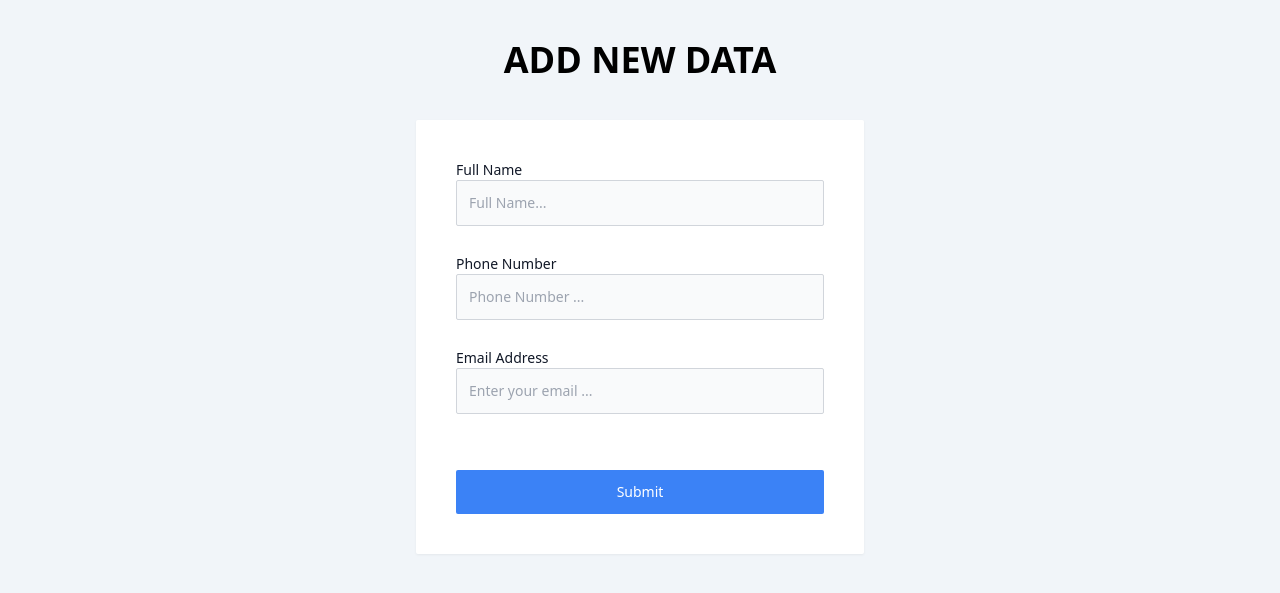
Repository: KilluaProject/crud-nextjs14
Page: /contacts/create
An editor plug-in stored every save of this project. The page is shown before and after the next save, followed by the edit.
The browser window is 1280 px wide. The pictures show the whole page.
The project was rebuilt for these pictures with package versions that can differ from the ones it lists, and the page was loaded fresh each time. The framework's server and built-in components were replaced by stand-ins that run in the browser. Also part of the build but not shown: next.config.mjs.

Above is the page before, as saved 2024-06-30 20:33:28.

### app/layout.tsx
import type { Metadata } from "next";
import { Inter } from "next/font/google";
import "./globals.css";

const inter = Inter({ subsets: ["latin"] });

export const metadata: Metadata = {
  title: "CRUD Apps",
  description: "Generated by create next app",
};

export default function RootLayout({
  children,
}: Readonly<{
  children: React.ReactNode;
}>) {
  return (
    <html lang="en">
      <body className='bg-slate-100'>{children}</body>
    </html>
  );
}

### app/contacts/create/page.tsx
import CreateForm from '@/components/CreateForm'
import React from 'react'

const CreateContact = () => {
  return (
    <div className='max-w-md m-auto my-10 flex flex-col gap-10 '>
      <h1 className='text-4xl text-center uppercase font-semibold'>
        Add New Data
      </h1>
        <CreateForm/>
    </div>
  )
}

export default CreateContact

### components/CreateForm.tsx
'use client'

import React from 'react'
import { saveContact } from '@/libs/actions'
import { useFormState } from 'react-dom'

const CreateForm = () => {
  const [state, formAction] = useFormState(saveContact, null)

  return (
    <div className='bg-white drop-shadow-sm rounded-sm p-10'>
      <form className='flex flex-col gap-5' action={formAction}>
        <div>
          <label htmlFor="name" className='block text-sm font-medium text-gray-900'>Full Name</label>
          <input type="text" name='name' id='name' placeholder='Full Name...' className='bg-gray-50 border border-gray-300 text-gray-900 text-sm rounded-sm focus:ring-blue-500 focus:border-blue-500 block w-full p-3' />
          <div id='name-error' aria-live='polite' aria-atomic='true'>
            <p className='mt-2 text-sm text-red-500'>{state?.Error?.name}</p>
          </div>
        </div>

        <div>
          <label htmlFor="phone" className='block text-sm font-medium text-gray-900'>Phone Number</label>
          <input type="text" name='phone' id='phone' placeholder='Phone Number ...' className='bg-gray-50 border border-gray-300 text-gray-900 text-sm rounded-sm focus:ring-blue-500 focus:border-blue-500 block w-full p-3' />
          <div id='phone-error' aria-live='polite' aria-atomic='true'>
            <p className='mt-2 text-sm text-red-500'>{state?.Error?.phone}</p>
          </div>
        </div>

        <div>
          <label htmlFor="email" className='block text-sm font-medium text-gray-900'>Email Address</label>
          <input type="email" name='email' id='email' placeholder='Enter your email ...' className='bg-gray-50 border border-gray-300 text-gray-900 text-sm rounded-sm focus:ring-blue-500 focus:border-blue-500 block w-full p-3' />
          <div id='email-error' aria-live='polite' aria-atomic='true'>
            <p className='mt-2 text-sm text-red-500'>{state?.Error?.email}</p>
          </div>
        </div>
        <div id='message-error' aria-live='polite' aria-atomic='true'>
            <p className='mt-2 text-sm text-red-500'>{state?.message}</p>
        </div>

        <button type='submit' className='text-white bg-blue-500 hover:bg-blue-800 font-medium rounded-sm text-sm w-full py-3 px-5'>Submit</button>
      </form>
    </div>
  )
}

export default CreateForm

### libs/actions.ts
"use server"


import {z} from "zod"
import { prisma } from "@/libs/prisma"
import { revalidatePath } from "next/cache"
import { redirect } from "next/navigation"

const ContactSchema = z.object({
    name: z.string().min(6),
    phone: z.string().min(10),
    email: z.string().min(5),
})

export const saveContact = async(prevState: any, formData: FormData) => {
    const ValidatedFields = ContactSchema.safeParse(Object.fromEntries(formData.entries()));

    if(!ValidatedFields.success) {
        return {
            Error: ValidatedFields.error.flatten().fieldErrors
        }
    }
    try {
        await prisma.contact.create({
            data: {
                name: ValidatedFields.data.name,
                phone: ValidatedFields.data.phone,
                email: ValidatedFields.data.email
            }
        })
    }   catch(error) {
        return {message: "Failed to Create Contact"}
    }
    revalidatePath("/contacts");
    redirect("/contacts")
}

### libs/prisma.ts
import { PrismaClient } from "@prisma/client";

declare global {
    var prisma : PrismaClient | undefined;
}


export const prisma = globalThis.prisma || new PrismaClient();

if ( process.env.NODE_ENV !== "production" ) globalThis.prisma = prisma;

Loaded but not shown: app/globals.css (common file); tailwind.config.ts (common file)

After the next save:
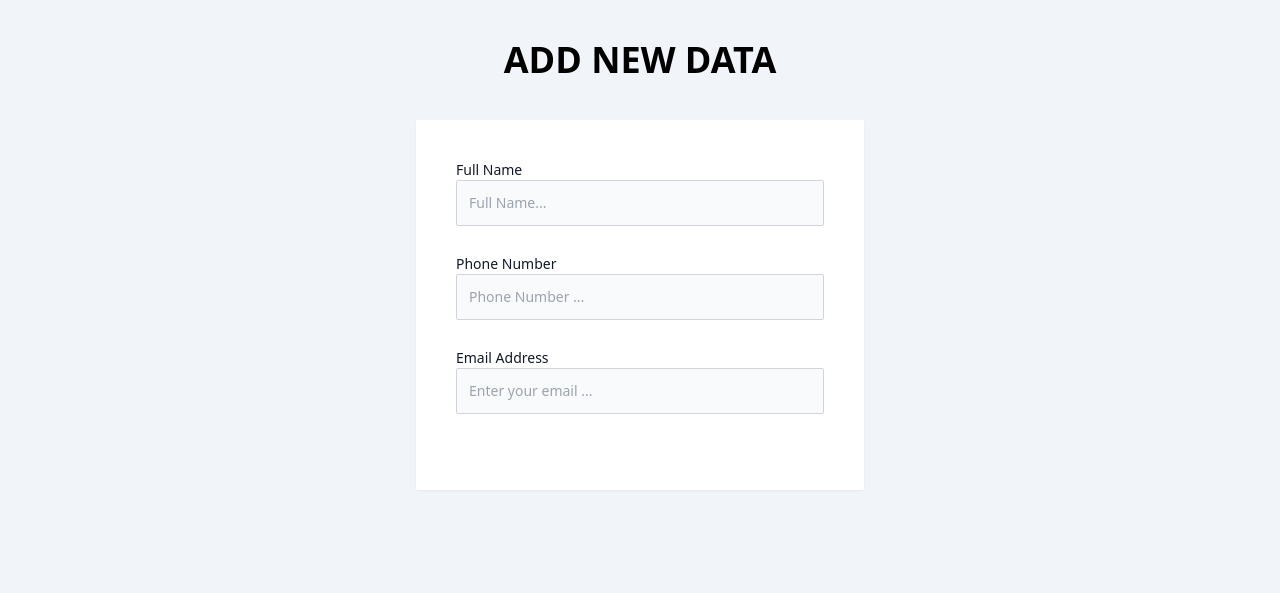
Saved 6 s later.
--- a/components/CreateForm.tsx
+++ b/components/CreateForm.tsx
@@ -37,7 +37,6 @@ const CreateForm = () => {
             <p className='mt-2 text-sm text-red-500'>{state?.message}</p>
         </div>
 
-        <button type='submit' className='text-white bg-blue-500 hover:bg-blue-800 font-medium rounded-sm text-sm w-full py-3 px-5'>Submit</button>
       </form>
     </div>
   )
